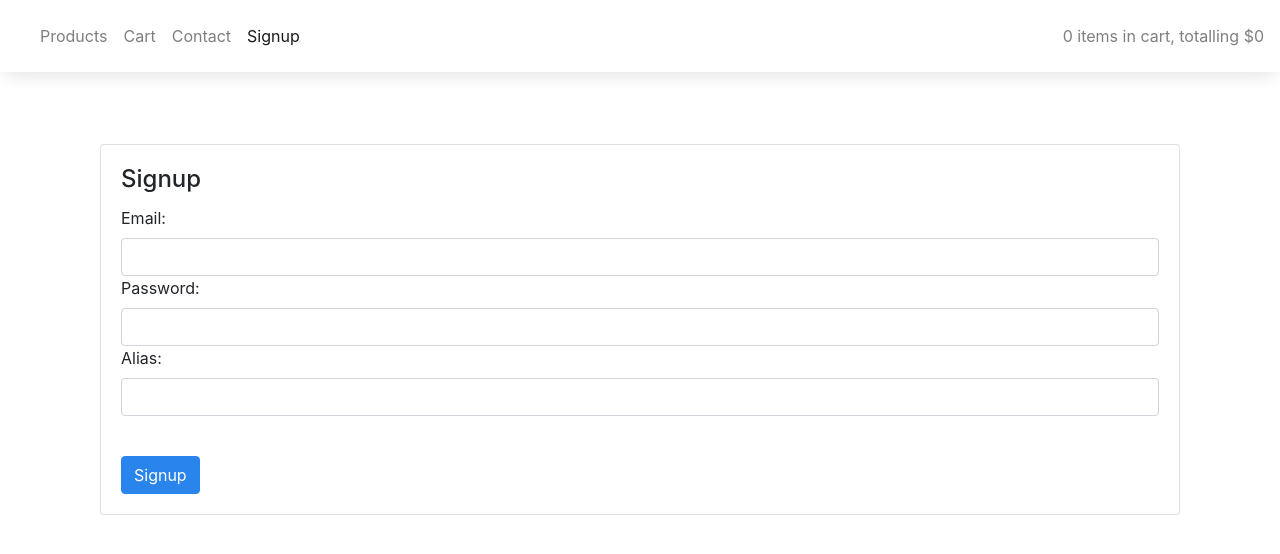
Repository: dayrim/wavecraft
Page: /signup
An editor plug-in stored every save of this project. The page is shown before and after the next save, followed by the edit.
The browser window is 1280 px wide. The pictures show the whole page.
The project was rebuilt for these pictures with package versions that can differ from the ones it lists, and the page was loaded fresh each time. Also part of the build but not shown: vue.config.js.

Above is the page before, as saved 2019-04-22 16:09:34.

### public/index.html
<!DOCTYPE html>
<html lang="en">
  <head>
    <meta charset="utf-8">
    <meta http-equiv="X-UA-Compatible" content="IE=edge">
    <meta name="viewport" content="width=device-width,initial-scale=1.0">
    <link rel="icon" href="<%= BASE_URL %>favicon.ico">
    <title>wavecraft-reset</title>
  </head>
  <body>
    <noscript>
      <strong>We're sorry but wavecraft-reset doesn't work properly without JavaScript enabled. Please enable it to continue.</strong>
    </noscript>
    <div id="app"></div>
    <!-- built files will be auto injected -->


  </body>
</html>

### src/main.js
import Vue from "vue";
import App from "./App.vue";
import router from "./router";
import store from "./store";
import BootstrapVue from "bootstrap-vue";

Vue.config.productionTip = false;
Vue.use(BootstrapVue);
Vue.filter("currency", function(value) {
  let formatter = new Intl.NumberFormat("en-US", {
    style: "currency",
    currency: "USD",
    minimumFractionDigits: 0,
  });

  return formatter.format(value);
});

new Vue({
  router,
  store,
  render: h => h(App),
}).$mount("#app");

### src/App.vue
<template>
  <div id="app" :class="{ ready: isPageReady }">
    <b-navbar class="mainNavbar" sticky toggleable="lg" variant="light">
      <b-navbar-brand to="/"></b-navbar-brand>

      <b-navbar-toggle target="nav-collapse"></b-navbar-toggle>

      <b-collapse id="nav-collapse" is-nav>
        <b-navbar-nav>
          <b-nav-item exact active-class="active" to="/">Products</b-nav-item>
          <b-nav-item exact active-class="active" to="/cart">Cart</b-nav-item>
          <b-nav-item exact active-class="active" to="/contact">Contact</b-nav-item>
          <b-nav-item exact active-class="active" to="/signup">Signup</b-nav-item>
        </b-navbar-nav>

        <!-- Right aligned nav items -->
        <b-navbar-nav class="ml-auto">
          <b-nav-text>
            <div class="navbar-text">
              {{ cart.items.length }}
              <span v-if="cart.items.length == 1">item</span><span v-else>items</span> in cart,
              totalling {{ cartTotal | currency }}
            </div></b-nav-text
          >
        </b-navbar-nav>
      </b-collapse>
    </b-navbar>
    <transition name="route" mode="out-in">
      <router-view name="discount"> </router-view>
    </transition>
    <b-container>
      <b-row>
        <b-col>
          <br /><br />
          <transition name="route" mode="out-in">
            <router-view></router-view>
          </transition>
        </b-col>
      </b-row>
    </b-container>
  </div>
</template>

<script>
export default {
  data() {
    return {
      isPageReady: false,
    };
  },
  computed: {
    cart() {
      return this.$store.state.cart;
    },
    cartTotal() {
      return this.$store.getters["cart/cartTotal"];
    },
  },
  mounted: function() {
    this.$nextTick(function() {
      setTimeout(() => {
        this.isPageReady = true;
      }, 0);
    });
  },
};
</script>

<style lang="scss">
.mainNavbar {
  box-shadow: 0px 5px 20px -5px rgba(0, 0, 0, 0.15);
}
.flex {
  display: flex;
}
.flex.flex-column {
  flex-direction: column;
}
.flex.flex-row {
  flex-direction: row;
}
.flex.justify-center {
  justify-content: center;
}
.flex.justify-left {
  justify-content: flex-start;
}
.flex.justify-right {
  justify-content: flex-end;
}
.flex.align-center {
  align-items: center;
}
.flex.align-left {
  align-items: flex-start;
}
.flex.align-right {
  align-items: flex-end;
}
/* Navigation */
.navbar .stats {
  margin-top: 15px;
}
ul {
  list-style: none;
}
.btn {
  margin-right: 20px;
}
input[type="radio"] + label,
input[type="checkbox"] + label {
  font-weight: normal;
}

#app {
  opacity: 0;
  transition: opacity 1s ease;
}

#app.ready {
  opacity: 1;
}

.route-enter-active,
.route-leave-active {
  transition: opacity 0.15s ease;
}

.route-enter,
.route-leave-to {
  opacity: 0;
}
</style>

### src/router/index.js
import Vue from "vue";
import Router from "vue-router";
import routes from "./routes";
Vue.use(Router);

export default new Router({
  mode: "history",
  base: process.env.BASE_URL,
  routes,
});

### src/store/index.js
import Vue from "vue";
import Vuex from "vuex";
import cart from "./modules/cart";

Vue.use(Vuex);

export default new Vuex.Store({
  /**
   * Assign the modules to the store.
   */
  modules: {
    cart,
  },
});

### src/assets/common.scss
@import "node_modules/bootstrap/scss/functions";
@import "node_modules/bootstrap/scss/variables";

$primary-color: #2984ec;
$secondary-color: #601cb9;
$tertiary-color: #222d30;
$default-color: #e9e9e9;
$light-color: #ffffff;
$accent-color: #f0081b;
$warning-color: #f09308;



$red: #dc3545;
$yellow: #ffc107;
$green: #006600; // This is the only variable I wanted to change
$cyan: #17a2b8;

$theme-colors: (
  primary: $primary-color,
  secondary: $tertiary-color,
  success: $secondary-color,
  info: $primary-color,
  warning: $warning-color,
  danger: $accent-color,
  light: $light-color,
  dark: $tertiary-color
);

@import 'node_modules/bootstrap/scss/bootstrap';
@import 'node_modules/bootstrap-vue/src/index.scss';

### src/router/routes.js
const routes = [
  {
    path: "",
    components: {
      default: () => import(/* webpackChunkName: "ProductList" */ "@/components/ProductList.vue"),
      discount: () =>
        import(/* webpackChunkName: "SpecialOffer" */ "@/components/SpecialOffer.vue"),
    },
  },
  {
    path: "/cart",
    component: () => import(/* webpackChunkName: "Cart" */ "@/components/Cart.vue"),
    alias: "/shopping-cart",
  },
  {
    path: "/signup",
    component: () => import(/* webpackChunkName: "Singup" */ "@/components/Signup.vue"),
    alias: "/sign-up",
  },
  {
    path: "/product/:productId",
    props: true,
    name: "Product",
    component: () => import(/* webpackChunkName: "Product" */ "@/components/Product.vue"),
    children: [
      {
        path: "details",
        name: "ViewProduct",
        props: true,
        component: () =>
          import(/* webpackChunkName: "ViewProduct" */ "@/components/ViewProduct.vue"),
      },
      {
        path: "reviews",
        name: "ProductReviews",
        props: true,
        component: () =>
          import(/* webpackChunkName: "ProductReviews" */ "@/components/ProductReviews.vue"),
      },
    ],
  },

  {
    path: "/contact",
    component: () => import(/* webpackChunkName: "Contact" */ "@/components/Contact.vue"),
  },
  {
    path: "/*",
    component: () => import(/* webpackChunkName: "PageNotFound" */ "@/components/PageNotFound.vue"),
  },
];

export default routes;

### src/store/modules/cart/index.js
import actions from "./actions";
import getters from "./getters";
import mutations from "./mutations";
import state from "./state";

export default {
  namespaced: true,
  actions,
  getters,
  mutations,
  state,
};

### src/components/Signup.vue
<template>
  <b-container fluid>
    <br />

    <b-card title="Signup">
      <b-card-text>
        <label for="email">Email:</label>
        <b-form-input id="email" type="text"></b-form-input>
        <label for="password">Password:</label>
        <b-form-input id="password" type="text"></b-form-input>
        <label for="alias">Alias:</label>
        <b-form-input id="alias" type="text"></b-form-input>
        <br />
      </b-card-text>

      <b-button variant="primary">Signup</b-button>
    </b-card>
  </b-container>
</template>

<script>
export default {
  data() {
    return {};
  },
};
</script>

<style lang="scss"></style>

### src/store/modules/cart/actions.js
import * as Mutate from "./mutation-types";

export const addProductToCart = ({ commit, getters }, payload) => {
  let cartItem = getters.getCartItem(payload.product);
  payload.cartItem = cartItem;

  if (cartItem == null) {
    payload.cartItem = getters.getCartItem(payload.product);
    commit(Mutate.ADD_PRODUCT_TO_CART, payload);
  } else {
    commit(Mutate.INCREASE_PRODUCT_QUANTITY, payload);
  }
};

export const checkout = ({ commit }) => {
  commit(Mutate.CHECKOUT);
};

export default {
  addProductToCart,
  checkout,
};

### src/store/modules/cart/getters.js
export default {
  cartTotal: state => {
    let total = 0;

    state.items.forEach(function(item) {
      total += item.product.price * item.quantity;
    });
    return total;
  },
  getCartItem: state => product => {
    for (let i = 0; i < state.items.length; i++) {
      if (state.items[i].product.id === product.id) {
        return state.items[i];
      }
    }
    return null;
  },
  taxAmount: (state, getters) => percentage => (getters.cartTotal * percentage) / 100,
};

### src/store/modules/cart/mutations.js
import { CHECKOUT, ADD_PRODUCT_TO_CART, INCREASE_PRODUCT_QUANTITY } from "./mutation-types";

export default {
  [CHECKOUT](state) {
    state.items.forEach(function(item) {
      item.product.inStock += item.quantity;
    });

    state.items = [];
  },
  [ADD_PRODUCT_TO_CART]: (state, payload) => {
    state.items.push({
      product: payload.product,
      quantity: payload.quantity,
    });

    payload.product.inStock -= payload.quantity;
  },
  [INCREASE_PRODUCT_QUANTITY]: (state, payload) => {
    payload.cartItem.quantity += payload.quantity;
    payload.product.inStock -= payload.quantity;
  },
};

### src/store/modules/cart/state.js
export default {
  items: [],
};

### src/store/modules/cart/mutation-types.js
export const ADD_PRODUCT_TO_CART = "addProductToCart";
export const CHECKOUT = "checkout";
export const INCREASE_PRODUCT_QUANTITY = "increaseQuantity";

export default {
  ADD_PRODUCT_TO_CART,
  CHECKOUT,
  INCREASE_PRODUCT_QUANTITY,
};

After the next save:
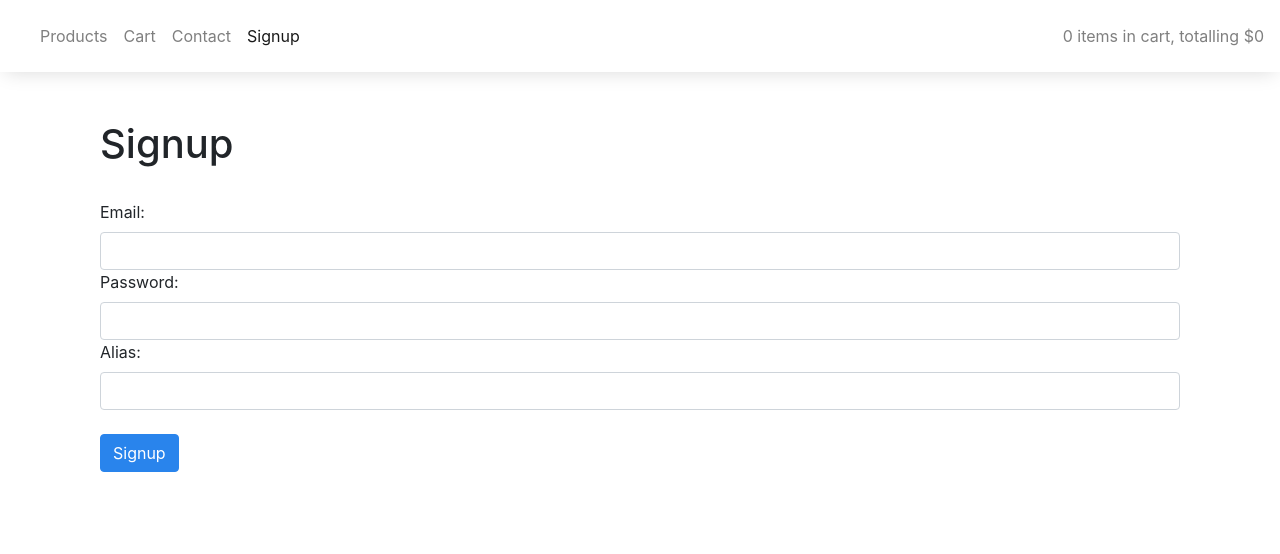
Saved 3 min 39 s later.
--- a/src/components/Signup.vue
+++ b/src/components/Signup.vue
@@ -1,20 +1,15 @@
 <template>
   <b-container fluid>
+    <h1>Signup</h1>
     <br />
-
-    <b-card title="Signup">
-      <b-card-text>
-        <label for="email">Email:</label>
-        <b-form-input id="email" type="text"></b-form-input>
-        <label for="password">Password:</label>
-        <b-form-input id="password" type="text"></b-form-input>
-        <label for="alias">Alias:</label>
-        <b-form-input id="alias" type="text"></b-form-input>
-        <br />
-      </b-card-text>
-
-      <b-button variant="primary">Signup</b-button>
-    </b-card>
+    <label for="email">Email:</label>
+    <b-form-input id="email" type="text"></b-form-input>
+    <label for="password">Password:</label>
+    <b-form-input id="password" type="text"></b-form-input>
+    <label for="alias">Alias:</label>
+    <b-form-input id="alias" type="text"></b-form-input>
+    <br />
+    <b-button variant="primary">Signup</b-button>
   </b-container>
 </template>
 
